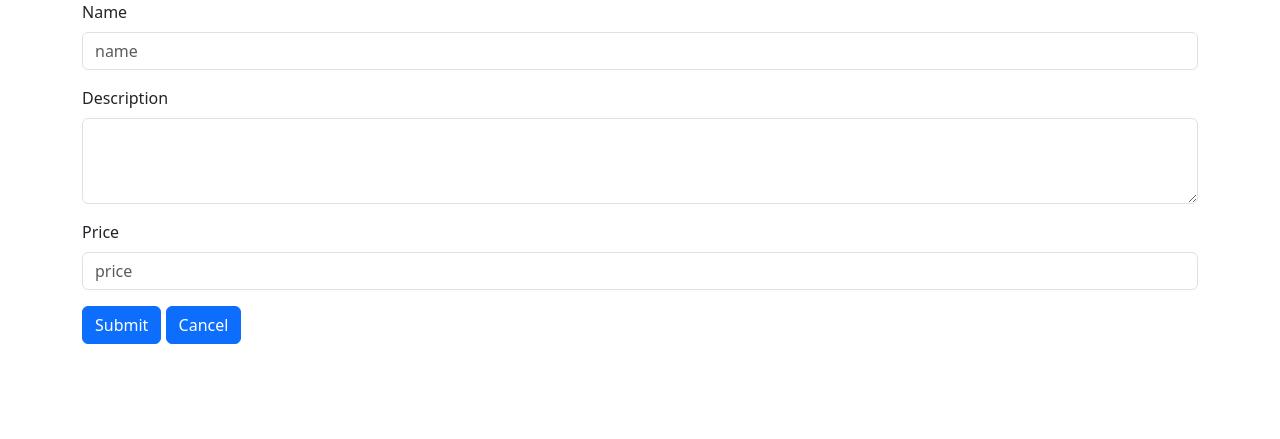
Repository: raigorx/CRUD-Laravel-Example
Page: http://localhost/products/create
The author's editor kept a copy of each file at every save. The page is drawn from the files as they stood at one save, then again after the next save.
The browser window is 1280 px wide. The pictures show the whole page.
The page is served by the project's Laravel application, run on PHP 8.4 with Laravel 12. Other server files are loaded and not shown.

Above is the page before, as saved 2024-11-10 07:10:00.

### routes/web.php
<?php

use App\Http\Controllers\ProductController;
use Illuminate\Support\Facades\Route;

Route::get('/', function () {
    return view('welcome');
});

Route::get('/products', [ProductController::class, 'index'])->name('products.index');

Route::get('/products/create', [ProductController::class, 'create'])->name('products.create');

Route::post('/products/store', [ProductController::class, 'store'])->name('products.store');

### app/Http/Controllers/ProductController.php
<?php

namespace App\Http\Controllers;

use App\Models\Product;
use Illuminate\Http\Request;

class ProductController extends Controller
{
    /**
     * Display a listing of the resource.
     */
    public function index()
    {
        $products = Product::all();
        return view('products.index', compact('products'));
    }

    /**
     * Show the form for creating a new resource.
     */
    public function create()
    {
        return view('products.create');
    }

    /**
     * Store a newly created resource in storage.
     */
    public function store(Request $request)
    {
        $request->validate([
            'name' => 'required|string|max:255',
            'description' => 'required|string|max:255',
            'price' => 'required|numeric|min:0',
        ]);

        $product = new Product();
        $product->name = $request->name;
        $product->description = $request->description;
        $product->price = $request->price;
        $product->save();

        return redirect()->route('products.index')->with('success', 'Product created successfully.');
    }

    /**
     * Display the specified resource.
     */
    public function show(string $id)
    {
        //
    }

    /**
     * Show the form for editing the specified resource.
     */
    public function edit(string $id)
    {
        //
    }

    /**
     * Update the specified resource in storage.
     */
    public function update(Request $request, string $id)
    {
        //
    }

    /**
     * Remove the specified resource from storage.
     */
    public function destroy(string $id)
    {
        //
    }
}

### resources/views/products/create.blade.php
@extends('layout.app')

@section('title', 'Create a product')

@section('content')
<div class="container">
  <form action="{{route('products.store')}}" method="post">
    @csrf
    <div class="mb-3">
      <label for="name" class="form-label">Name</label>
      <input type="text" class="form-control" id="name" name="name" placeholder="name">
    </div>
    <div class="mb-3">
      <label for="description" class="form-label">Description</label>
      <textarea class="form-control" id="description" name="description" rows="3"></textarea>
    </div>
    <div class="mb-3">
      <label for="price" class="form-label">Price</label>
      <input type="text" class="form-control" id="price" name="price" placeholder="price">
    </div>
    <button type="submit" class="btn btn-primary">Submit</button>
    <a href="{{route('products.index')}}" class="btn btn-primary">Cancel</a>
  </form>
</div>

@endsection

### resources/views/layout/app.blade.php
<!doctype html>
<html lang="en">

<head>
  <meta charset="utf-8">
  <meta name="viewport" content="width=device-width, initial-scale=1">
  <title>@yield('title')</title>
  <link href="https://cdn.jsdelivr.net/npm/bootstrap@5.3.3/dist/css/bootstrap.min.css" rel="stylesheet"
    integrity="sha384-QWTKZyjpPEjISv5WaRU9OFeRpok6YctnYmDr5pNlyT2bRjXh0JMhjY6hW+ALEwIH" crossorigin="anonymous">
</head>

<body>
  @yield('content')
  <!-- <h1>Hello, world!</h1> -->
  <script src="https://cdn.jsdelivr.net/npm/bootstrap@5.3.3/dist/js/bootstrap.bundle.min.js"
    integrity="sha384-YvpcrYf0tY3lHB60NNkmXc5s9fDVZLESaAA55NDzOxhy9GkcIdslK1eN7N6jIeHz" crossorigin="anonymous">
  </script>
</body>

</html>

Loaded but not shown: app/Http/Controllers/Controller.php (common file)

After the next save:
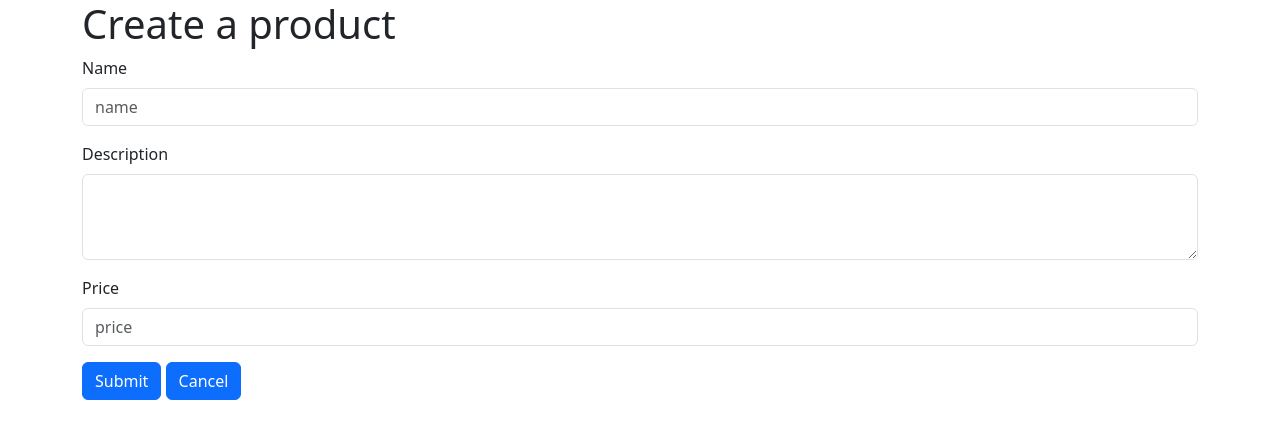
Saved 85 s later.
--- a/resources/views/products/create.blade.php
+++ b/resources/views/products/create.blade.php
@@ -4,6 +4,16 @@
 
 @section('content')
 <div class="container">
+  @if ($errors->any())
+  <div class="alert alert-danger">
+    <ul>
+      @foreach ($errors->all() as $error)
+      <li>{{ $error }}</li>
+      @endforeach
+    </ul>
+  </div>
+  @endif
+  <h1>Create a product</h1>
   <form action="{{route('products.store')}}" method="post">
     @csrf
     <div class="mb-3">
